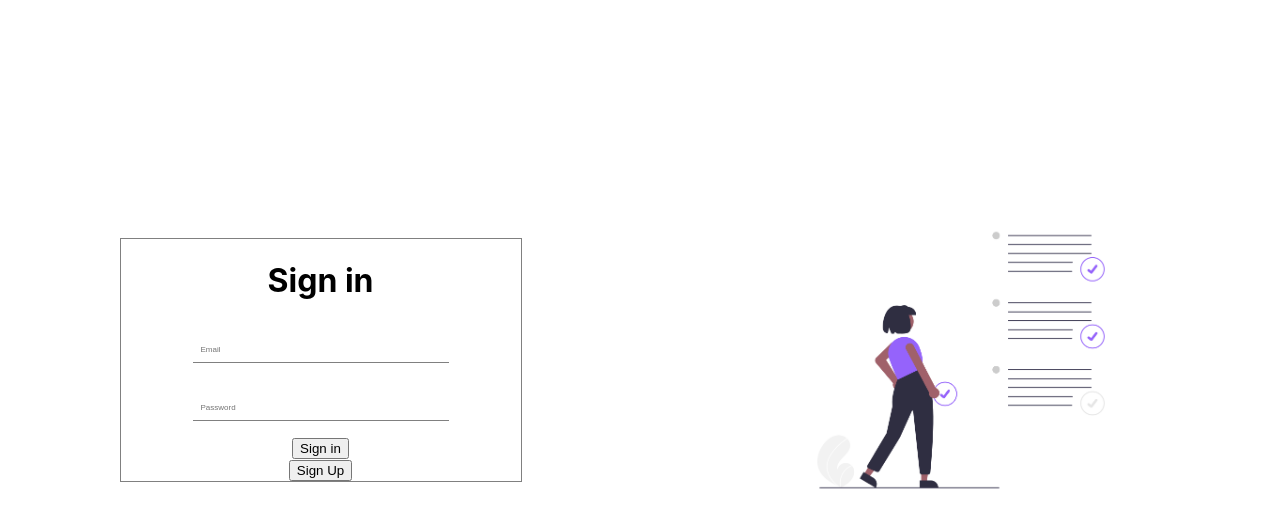
Repository: EEOOOO/wanted-pre-onboarding-fe
Page: / (app in to-do-list-app/)
These files come from the project's save history. The page is drawn as it stood at one moment and after the next save; the edit follows.
The browser window is 1280 px wide. The pictures show the whole page.
The project was rebuilt for these pictures with package versions that can differ from the ones it lists, and the page was loaded fresh each time. Also part of the build but not shown: to-do-list-app/src/components/sign_up/sign_up.module.css, to-do-list-app/src/components/sign_up/sign_up.jsx, to-do-list-app/src/components/todoList/todo_list.jsx.

Above is the page before, as saved 2022-08-22 00:09:44.

After the next save:
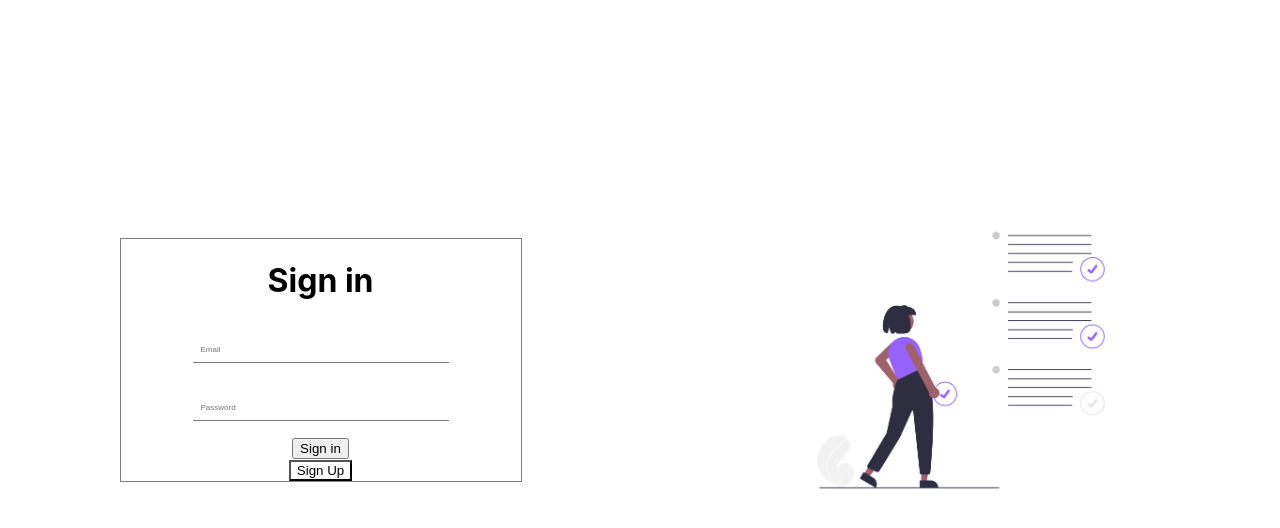
Saved 6 s later.
--- a/to-do-list-app/src/components/sign_in/sign_in.module.css
+++ b/to-do-list-app/src/components/sign_in/sign_in.module.css
@@ -1,3 +1,3 @@
 .signUp {
-  background-color: none;
+  background-color: transparent;
 }
